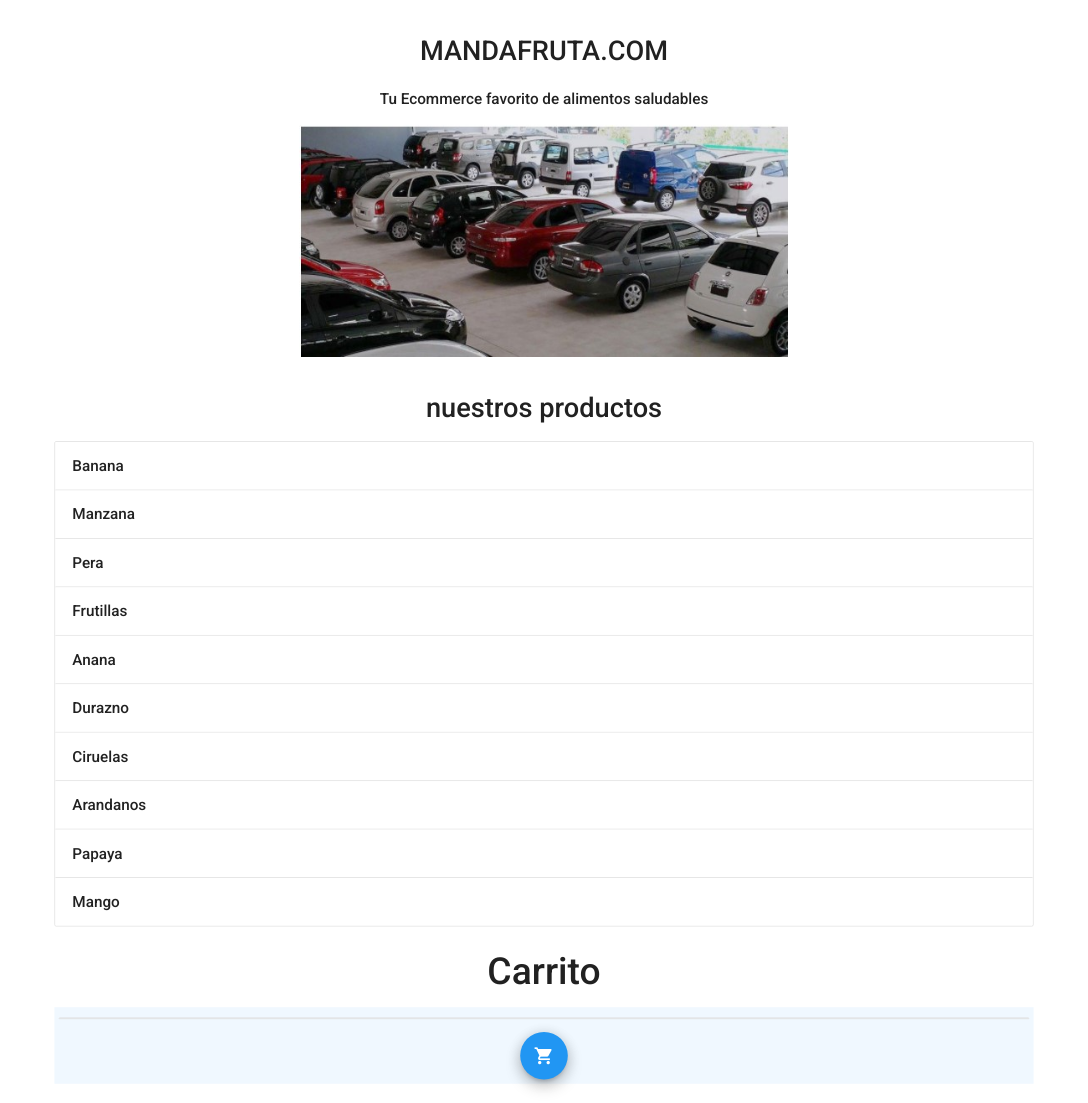
Repository: gadiazsaavedra/SimuladorInteractiv-14-03
Page: index.html
An editor plug-in stored every save of this project. The page is shown before and after the next save, followed by the edit.
The browser window is 1280 px wide. The pictures show the whole page, at 85% of full size.

Above is the page before, as saved 2022-03-14 22:24:39.

### index.html
<!DOCTYPE html>
<html lang="es">
    <head>
        <meta charset="UTF-8">
        <title>Acceso al DOM</title>
        <meta http-equiv="X-UA-Compatible" content="IE=edge">
        <meta name="viewport" content="width=device-width, initial-scale=1.0">
        <link rel="stylesheet" href="https://cdnjs.cloudflare.com/ajax/libs/materialize/1.0.0/css/materialize.min.css">
        <script src="https://cdnjs.cloudflare.com/ajax/libs/materialize/1.0.0/js/materialize.min.js"></script>
        <link href="https://fonts.googleapis.com/icon?family=Material+Icons" rel="stylesheet">
        <link rel="stylesheet" href="css/styles.css">
        <script defer src="js/variables.js"></script>
        <script defer src="js/main.js"></script>
    </head>
    <body>
        <div class="center">
            <h1 id="titulo">TÍTULO WEBeo</h1>
            <p id="slogan">Un slogan que atraiga compradores.</p>
            <img class="responsive-img" src="images/logo.jpg" width="50%" >
        </div>
        <div>
            <h2 class="center">nuestros productos</h2>
            <ul class="collection" id="listadoFrutas">

            </ul>
        </div>
        <div class="center">
            <h3>Carrito</h3>
        </div>
        <div class="color-carrito carrito center">
            <ul class="collection" id="listadoCarrito">

            </ul>
            <a class="btn-floating btn-large blue white-text
                     z-depth-3 waves-effect waves-light" href="checkout.html">
                <i class="material-icons">shopping_cart</i>
            </a>
        </div>
        <br>
    </body>
</html>

### css/styles.css
@import url('https://fonts.googleapis.com/css2?family=Roboto:ital,wght@0,100;0,300;0,500;0,700;1,100;1,300;1,500;1,700&display=swap');

div, form {
    font-family: 'Roboto', Arial, Helvetica, sans-serif;
    margin-left: 5%;
    margin-right: 5%;
}

form {
    padding: 2em;
}

.color-formulario {
    background-color: whitesmoke;
}

h1, h2 {
    font-size: xx-large;
}

p, li {
    font-size: 1.2em;
}

.collection-item {
    line-height: 2em !important;
}

.color-carrito {
    background-color: aliceblue;
}

.carrito {
    border-color: whitesmoke;
    padding: 5px;
}

.italica-carrito {
    font-style: italic;
}

.fondo-inputs {
    background-color: aquamarine !important;
}

### js/variables.js
// const productos = ['Motherboard ATX Intel', 'Memoria RAM 4 GB DDR3', 'Hard Disk 80 GB SEAGATE', 'Monitor Viewsonic .31', 'Case Babytower', 'Fuente 100~240 ATX 5 AMP']
const productos = ['Banana', 'Manzana', 'Pera', 'Frutillas', 'Anana', 'Durazno', 'Ciruelas', 'Arandanos', 'Papaya', 'Mango']
const carrito = []

const titulo = document.getElementById("titulo")
const slogan = document.getElementById("slogan")

const ul = document.getElementById("listadoFrutas") //Dentro de este nodo, cargaré los <li> con los productos
const listadoCarrito = document.getElementById("listadoCarrito") //En este otro, los productos a comprar

### js/main.js
titulo.innerText = "MANDAFRUTA.COM"
slogan.innerText = "Tu Ecommerce favorito de alimentos saludables"
// titulo.innerText = "HARDWAREVINTAGE.COM"
// slogan.innerText = "Tu Ecommerce favorito de repuestos informáticos out-of-stock"

const cargarProductos = ()=> { //Usen el DEBUGGER para seguir el código paso a paso
    for (fruta of productos) {
        const liProductos = document.createElement("li")
                liProductos.className = "collection-item"
                liProductos.innerText = fruta
                liProductos.setAttribute("onclick", `agregarAlCarrito('${fruta}')`)
                ul.append(liProductos)
            }
}

// SI QUEREMOS CREAR LOS ELEMENTOS HTML DE FORMA DINAMICA
const agregarAlCarrito = (prod)=> { //Usen el DEBUGGER para seguir el código paso a paso
    if (prod > "") {
        const id = prod + "enCarrito" //ID dinámico, para operar desde JS
        const liCarrito = document.createElement("li")
              liCarrito.className = "collection-item italica-carrito"
              liCarrito.innerText = prod
              liCarrito.id = id //ID dinámico
              liCarrito.setAttribute("ondblclick", `eliminarDelCarrito('${id}')`)
              listadoCarrito.append(liCarrito)
    }
}

//Para crear la opción de eliminar del carrito, debemos generar un ID dinámico
//al momento de crear un <li> por cada producto agregado al Carrito.
const eliminarDelCarrito = (productoID)=> { //Usen el DEBUGGER para seguir el código paso a paso
    if (confirm("¿Desea eliminar el producto del carrito?")) {
        const itemAeliminar = document.getElementById(productoID)
              itemAeliminar.remove()
              return
    }
}

//CARGAR LISTADO DE PRODUCTOS AL INGRESAR A LA PÁGINA
cargarProductos()

After the next save:
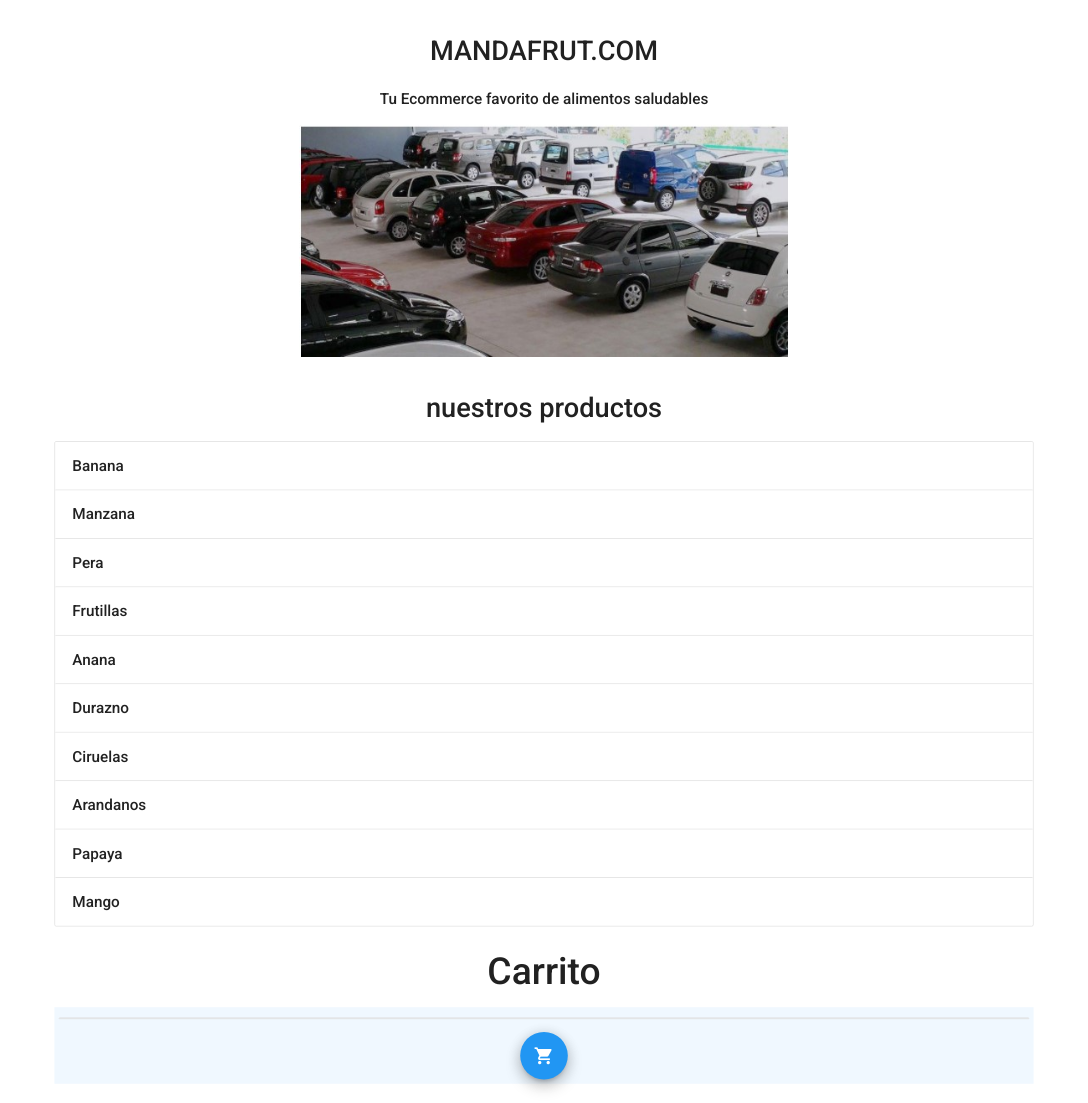
Saved 15 min 3 s later.
--- a/js/main.js
+++ b/js/main.js
@@ -1,4 +1,4 @@
-titulo.innerText = "MANDAFRUTA.COM"
+titulo.innerText = "MANDAFRUT.COM"
 slogan.innerText = "Tu Ecommerce favorito de alimentos saludables"
 // titulo.innerText = "HARDWAREVINTAGE.COM"
 // slogan.innerText = "Tu Ecommerce favorito de repuestos informáticos out-of-stock"
